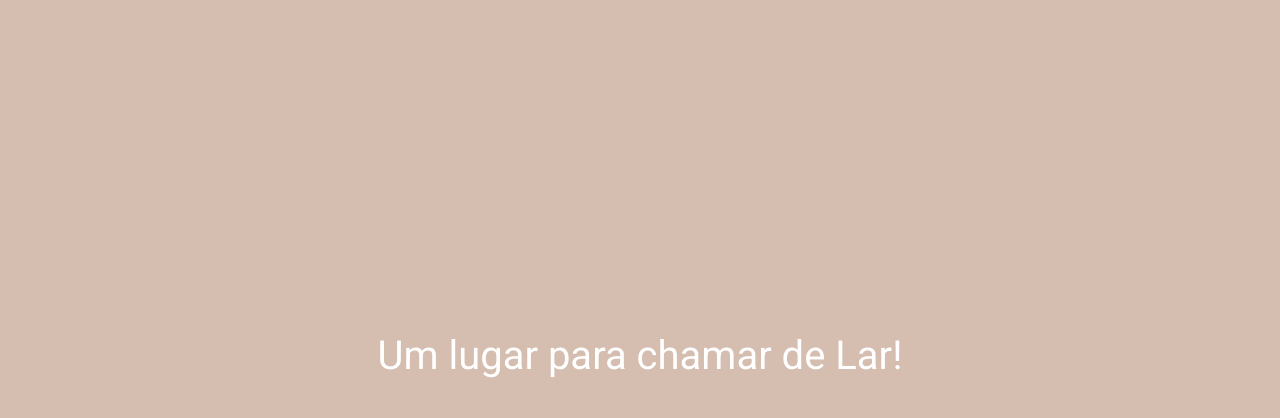
Repository: telesbp/Projeto-4-e-Projeto-5
Page: / (app in front-end/)
These files come from the project's save history. The page is drawn as it stood at one moment and after the next save; the edit follows.
The browser window is 1280 px wide. The pictures show the whole page.
The project was rebuilt for these pictures with package versions that can differ from the ones it lists, and the page was loaded fresh each time.

Above is the page before, as saved 2022-07-17 13:56:45.

After the next save:
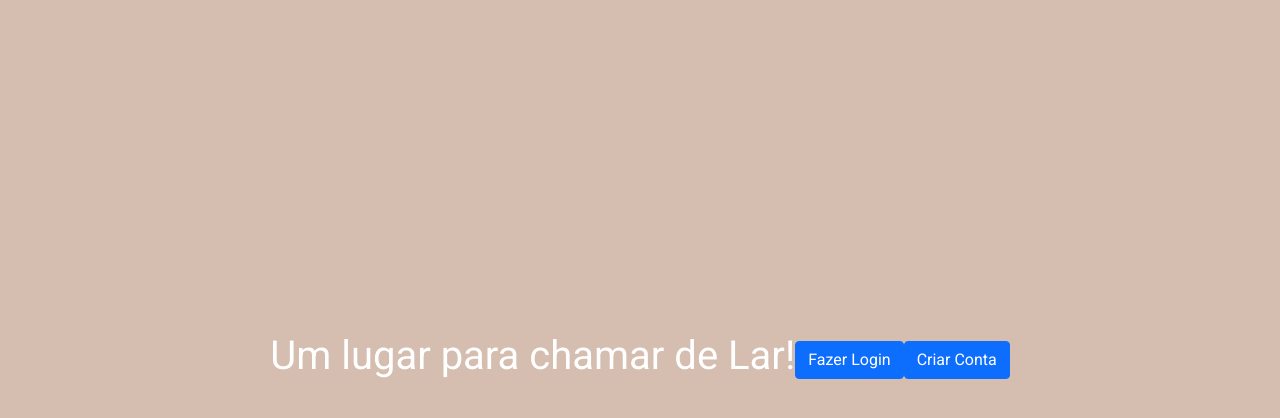
Saved 50 s later.
--- a/front-end/src/views/Home/index.tsx
+++ b/front-end/src/views/Home/index.tsx
@@ -1,4 +1,4 @@
-import { Container } from "react-bootstrap";
+import { Button, Container } from "react-bootstrap";
 import styled from "styled-components";
 
 export function HomeView(){
@@ -6,6 +6,8 @@ export function HomeView(){
         <Banner className="vh-100">
             <Container className="h-100 d-flex flex-colimn justify-content-center align-items-center">
                 <h1 className="text-center text-white text-lg-start">Um lugar para chamar de Lar!</h1>
+                <Button>Fazer Login</Button>
+                <Button>Criar Conta</Button>
             </Container>
         </Banner>
     )
